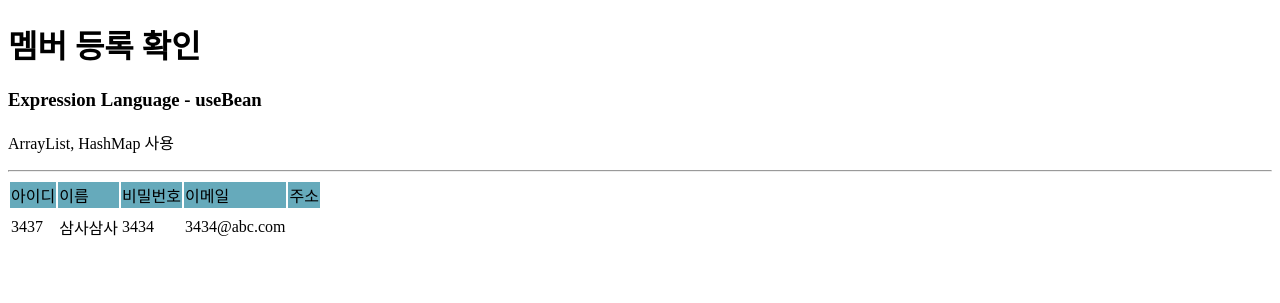
Repository: jsb5589/JAVAStudy
Page: http://localhost/JSP04/members/member5.jsp
An editor plug-in stored every save of this project. The page is shown before and after the next save, followed by the edit.
The browser window is 1280 px wide. The pictures show the whole page.
The page is served by Tomcat 9. Other server files are loaded and not shown.

Above is the page before, as saved 2021-08-12 08:38:07.

### EZWebs/JSP04/src/main/webapp/members/member5.jsp
<%@ page language="java" contentType="text/html; charset=UTF-8"
	import="members.*"
	import="java.util.*"
    pageEncoding="UTF-8" isELIgnored="false"%>

<%
	request.setCharacterEncoding("UTF-8");
%>

<jsp:useBean id="member" class="members.MemberVO"/>
<jsp:setProperty name="member" property="*"/>
<jsp:useBean id="memberList" class="java.util.ArrayList"/>
<jsp:useBean id="memberMap" class="java.util.HashMap"/>

<%
	MemberVO member2 = new MemberVO("3437", "삼사삼사", "3434", "3434@abc.com");
	memberList.add(member);
	memberList.add(member2);

	memberMap.put("title", "멤버 리스트");
	memberMap.put("memberList", memberList);
%>
<!DOCTYPE html>
<html>
<head>
	<meta charset="UTF-8">
	<title>멤버 등록 및 조회</title>
</head>
<body>
	<h1>멤버 등록 확인</h1>
	<h3>Expression Language - useBean</h3>
	<p>ArrayList, HashMap 사용</p>
	<hr>
	<table>
		<tr bgcolor="66aabb">
			<td>아이디</td>
			<td>이름</td>
			<td>비밀번호</td>
			<td>이메일</td>
			<td>주소</td>
		</tr>
		<tr>
			<td>${memberMap.memberList[0].mid}</td>
			<td>${memberMap.memberList[0].mname}</td>
			<td>${memberMap.memberList[0].pwd}</td>
			<td>${memberMap.memberList[0].email}</td>
		</tr>
		<tr>
			<td>${memberMap.memberList[1].mid}</td>
			<td>${memberMap.memberList[1].mname}</td>
			<td>${memberMap.memberList[1].pwd}</td>
			<td>${memberMap.memberList[1].email}</td>
		</tr>
		<tr>
			<td>${param.mid}</td>
			<td>${param.mname}</td>
			<td>${param.pwd}</td>
			<td>${param.email}</td>
		</tr>
	</table>
</body>
</html>

### EZWebs/JSP04/src/main/java/members/MemberVO.java
/*
 * MemberVO Value Object
 */
package members;

import java.sql.Date;

public class MemberVO {
	private String mid;
	private String mname;
	private String pwd;
	private String email;
	private Date regdate;

	public MemberVO() {}

	public MemberVO(String mid, String mname, String pwd, String email) {
		this.mid = mid;
		this.mname = mname;
		this.pwd = pwd;
		this.email = email;
	}

	public String getMid() {
		return mid;
	}
	public void setMid(String mid) {
		this.mid = mid;
	}
	public String getMname() {
		return mname;
	}
	public void setMname(String mname) {
		this.mname = mname;
	}
	public String getPwd() {
		return pwd;
	}
	public void setPwd(String pwd) {
		this.pwd = pwd;
	}
	public String getEmail() {
		return email;
	}
	public void setEmail(String email) {
		this.email = email;
	}
	public Date getRegdate() {
		return regdate;
	}
	public void setRegdate(Date regdate) {
		this.regdate = regdate;
	}

}

After the next save:
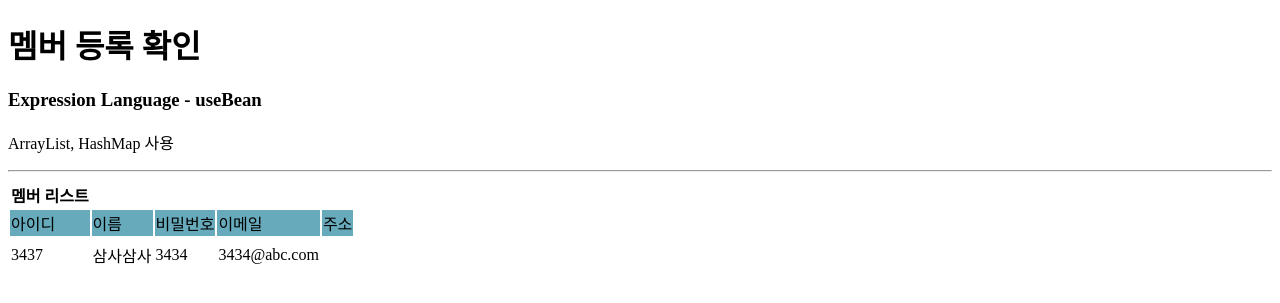
Saved 47 s later.
--- a/EZWebs/JSP04/src/main/webapp/members/member5.jsp
+++ b/EZWebs/JSP04/src/main/webapp/members/member5.jsp
@@ -32,6 +32,7 @@
 	<p>ArrayList, HashMap 사용</p>
 	<hr>
 	<table>
+		<th>${memberMap.title}</th>
 		<tr bgcolor="66aabb">
 			<td>아이디</td>
 			<td>이름</td>
